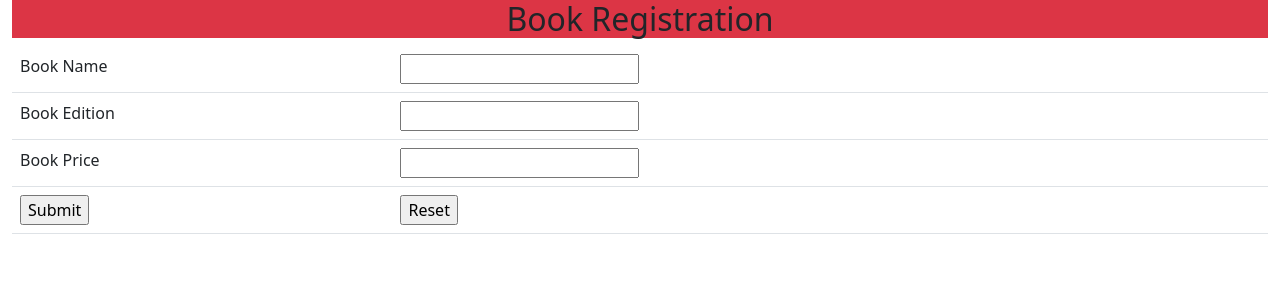
Repository: saurabh-7079/BookApp
Page: BookWebApp/WebContent/home.html
The author's editor kept a copy of each file at every save. The page is drawn from the files as they stood at one save, then again after the next save.
The browser window is 1280 px wide. The pictures show the whole page.

Above is the page before, as saved 2023-06-05 06:12:13.

After the next save:
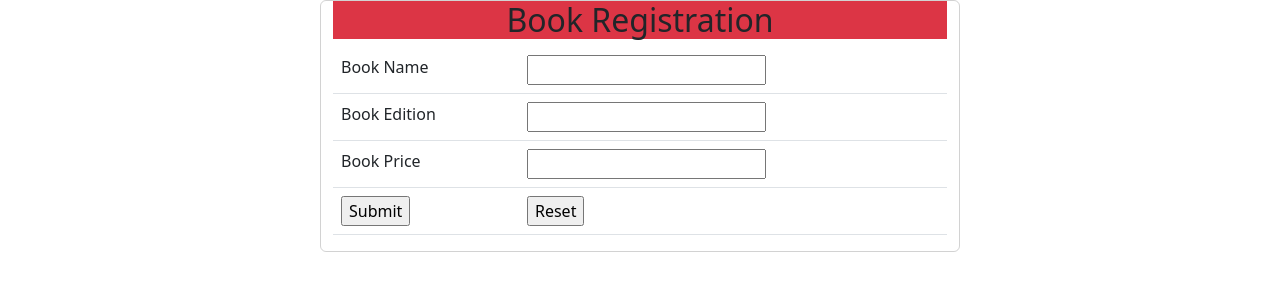
Saved 47 s later.
--- a/BookWebApp/WebContent/home.html
+++ b/BookWebApp/WebContent/home.html
@@ -5,7 +5,7 @@
 <title>Book Application</title>
 <link rel="stylesheet" href="css/bootstrap.css">
 </head>
-<body class="container-fluid">
+<body class="container-fluid card" style="width:40rem;">
 
 <h2 class="bg-danger text-center">Book Registration</h2>
 
